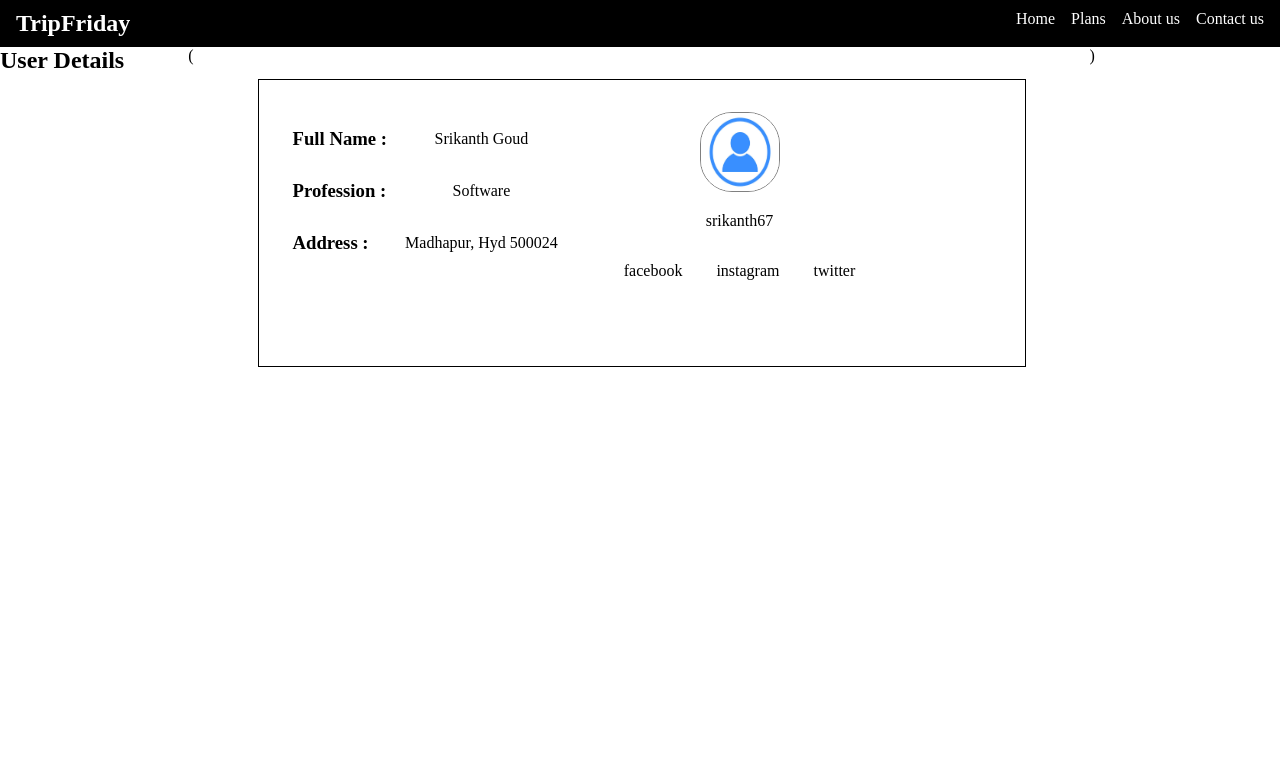
Repository: suraj-yadav7/userprofile
Page: /
These files come from the project's save history. The page is drawn as it stood at one moment and after the next save; the edit follows.
The browser window is 1280 px wide. The pictures show the whole page.
The page's requests for data from a server got no answer. The project was rebuilt for these pictures with package versions that can differ from the ones it lists, and the page was loaded fresh each time. No one was signed in, and anything a server would have sent is missing. Also part of the build but not shown: src/components/UserDetails.jsx.

Above is the page before, as saved 2023-05-04 14:45:00.

### src/App.js
import './App.scss';
import UserProfile from './components/UserProfile';
import UserDetails from './components/UserDetails';
import { BrowserRouter as Router, Routes, Route } from 'react-router-dom';
import Header from './components/Header';


function App() {
  return (
    <>
    <Router>
      <Header />
      <Routes>
        <Route exact path='/' element={<UserProfile/>} />
        <Route exact path='/userdetails' element={<UserDetails/> } />
      </Routes>
    </Router>
    </>
  );
}

export default App;

### src/App.scss
*{
padding: 0;
margin: 0;
box-sizing: border-box;
}
nav{
    display: flex;
    justify-content:space-between;
    padding: 10px 1rem;
    background-color: black;
    color: white;
    >div>ul{
        display: flex;
        list-style: none;
        gap: 1rem;
    }
}

### src/components/UserProfile.jsx
import React, { useEffect, useState } from 'react';
import { useNavigate } from 'react-router-dom';
import "../assests/userProfile.scss";
import usericon from"../assests/usericon.jpg"
import "../assests/userDetails.scss"


const UserProfile = () => {
  const [show, setShow] = useState(false)
  const [userData, setUserData] = useState("")
  const navigate = useNavigate()

  const handleNavigate = () => {
    navigate("/userdetails")
  }


  useEffect(() => {
    const Users = async () => {
      try {
        const fetchUser = await fetch("https://jsonplaceholder.typicode.com/users")
        const data = await fetchUser.json()
      setUserData(data)

      }
      catch (error) {
        console.log("Error while fetching user data from api")
      }
    }
    Users()
  }, [])
  console.log(userData)
  return (
    <>
      <div className='userprofile'>
        <h2>User Details</h2>
        <div className='userList'>
          {
            Array.isArray(userData) && userData.map((userIndex) => {

              return (
                <div key={userIndex.id} className='fetchList'>
                  <p onMouseOver={()=>setShow(true)} onMouseOut={()=>setShow(false)} >{userIndex.username} </p> <button onClick={()=>handleNavigate(userIndex.id)} >Show Details</button>
                </div>
              )
            })}

        </div>
        {show ?
          (<div className='hoverItem'>
            <p>Username: username435</p>
            <p>Email: username435@gmail.com</p>
          </div>) : null
        }

(
            <div className='details'>
  <div className='sub1'>
<table>
  <tr>
    <td><h3>Full Name :  </h3></td>
    <td><p> Srikanth Goud</p> </td>
  </tr>
  <tr>
    <td><h3>Profession :  </h3></td>
    <td><p> Software </p> </td>
  </tr>
  <tr>
    <td><h3>Address :</h3></td>
    <td><p>Madhapur, Hyd 500024</p> </td>
  </tr>
</table>

  </div>
  <div className='sub2'>
    <img src={usericon} alt="userimage"></img>
    <p>srikanth67</p>
    <div className='socialMedia'>
      <p>facebook</p>
      <p>instagram</p>
      <p>twitter</p>
    </div>
  </div>
 </div>


          )
        </div>
    </>
  )
}

export default UserProfile

### src/components/Header.jsx
import React from 'react'

const Header = () => {
  return (
  <>
  <nav>
<h1>TripFriday</h1>
<div>
    <ul>
        <li>Home</li>
        <li>Plans</li>
        <li>About us</li>
        <li>Contact us</li>
    </ul>
</div>
</nav>
  </>
  )
}

export default Header

### src/assests/userProfile.scss
@import "./color.scss";

.userprofile{
    display: flex;
    gap: 2rem;
    height: 100vh;
}
.userList{
    >div{
        padding: 1rem;
        display: flex;
        text-align: center;
    }
}
.fetchList,p,button{
    padding: 30 px;
    margin: 1rem;
    text-align: center;

    >p{
        font: 400 1.1rem sans-serif;
    }
    >button{
        background-color:beige;
        border:1px solid grey;
        width: 6rem;
        height: 2rem;
        border-radius: 1rem;
    }
}

.hoverItem{
    margin:10rem 3rem;
}

### src/assests/userDetails.scss
@import "./color.scss";

.details{
    display: flex;
    gap: 2rem;
    border: 1px solid black;
    width: 60vw;
    height: 40vh;
    padding: 2rem;
    margin: 2rem 2rem;
    >.sub1{
        p{
            font-size: 1rem;
        }
    }

    >.sub2 {
        text-align: center;
    >img{
        width: 5rem;
        height: 5rem;
        border: 1px solid grey;
        border-radius: 2rem;
    }

    >div{
        margin: 1rem 0;
        display: flex;
        gap: 2px;
        align-items: center;
    }
}
}

### src/assests/color.scss
$primary-color: #0f171e;
$secondary-color: #1a242f;
$font-primary:#ffff;
$font-secondary: #79b8f3;

Loaded but not shown: public/index.html (common file); src/index.js (common file)

After the next save:
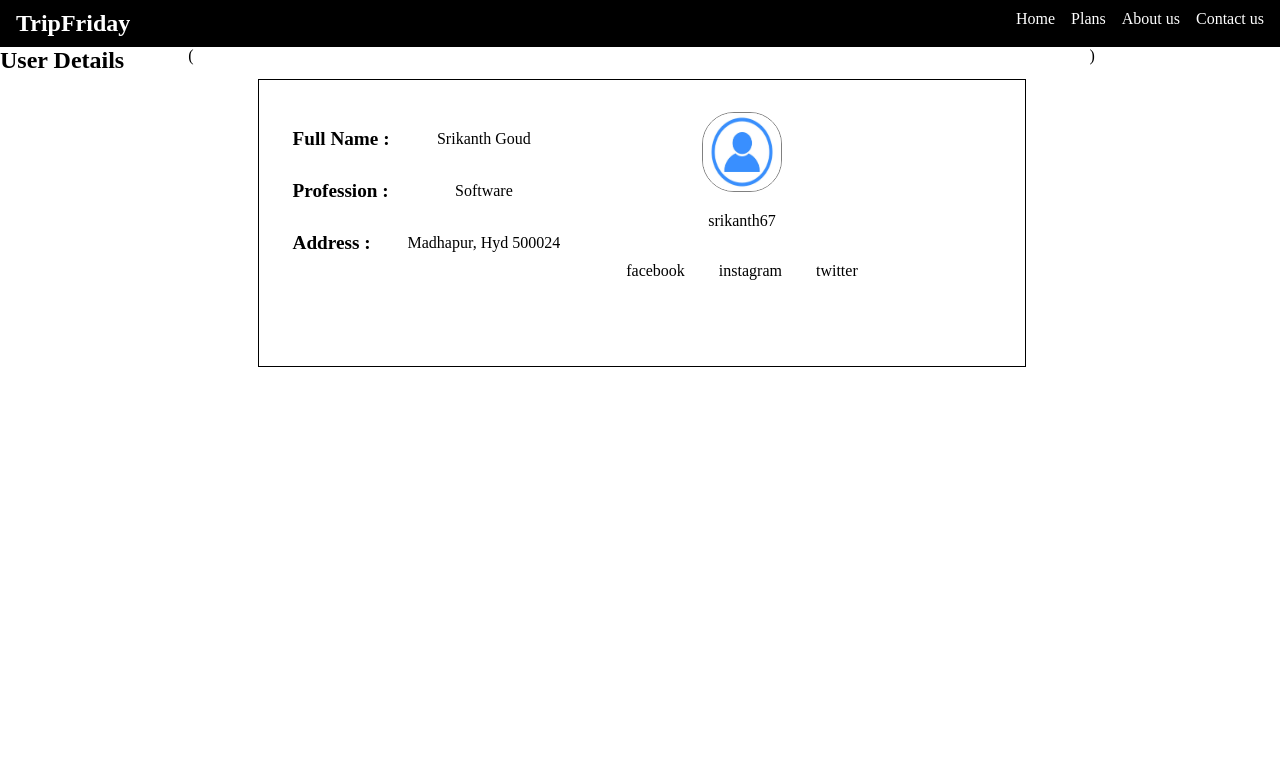
Saved 47 s later.
--- a/src/assests/userDetails.scss
+++ b/src/assests/userDetails.scss
@@ -11,6 +11,9 @@
     >.sub1{
         p{
             font-size: 1rem;
+        }
+        h3{
+            font-size: 1.2rem;
         }
     }
 
